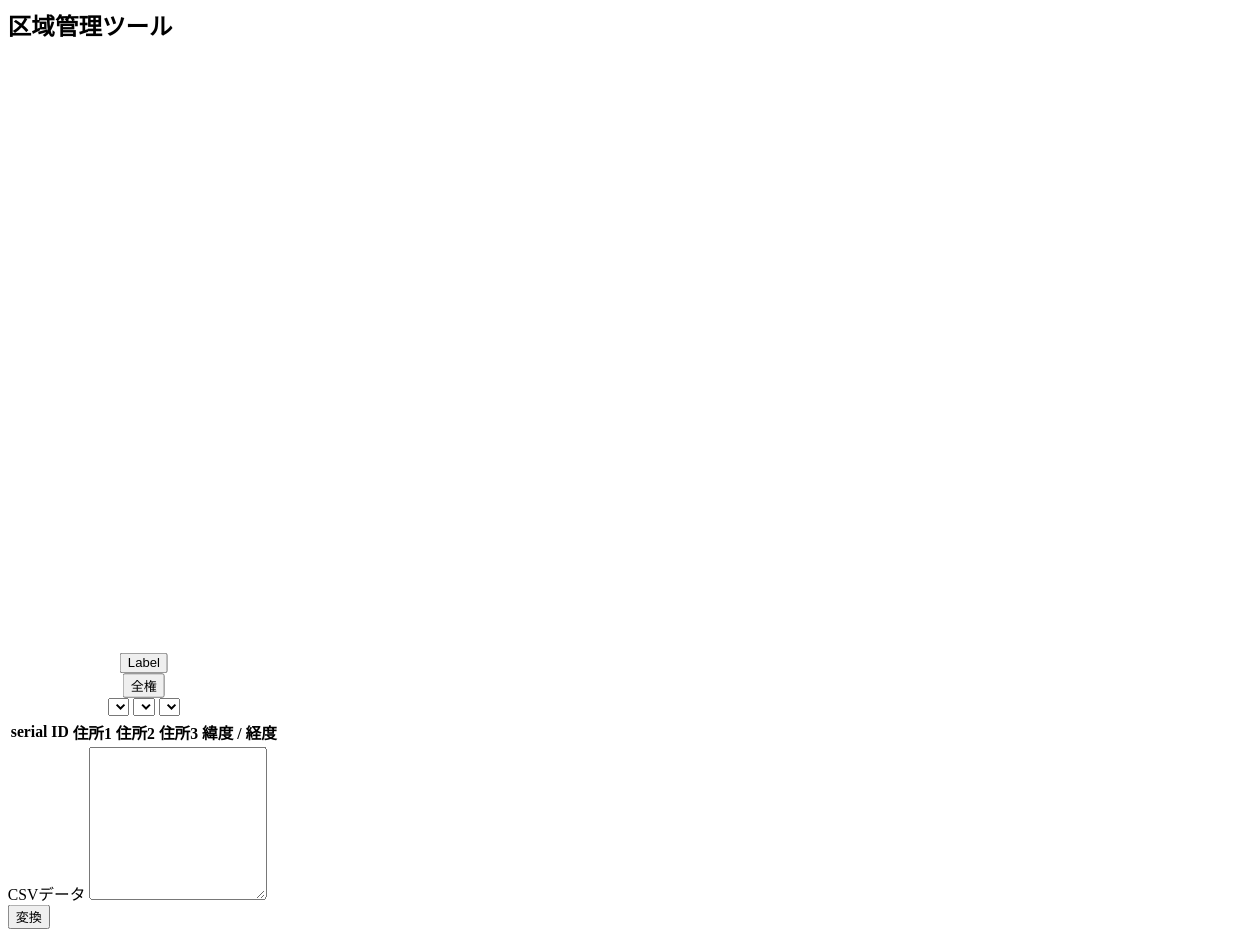
Repository: wadolsh/ykcapp
Page: app/views/kmt.html
The author's editor kept a record of every edit. The page is drawn from the files as they stood at one moment, then again after the next edit.
The browser window is 1280 px wide. The pictures show the whole page, at 98% of full size.

Above is the page before.

After the next edit:
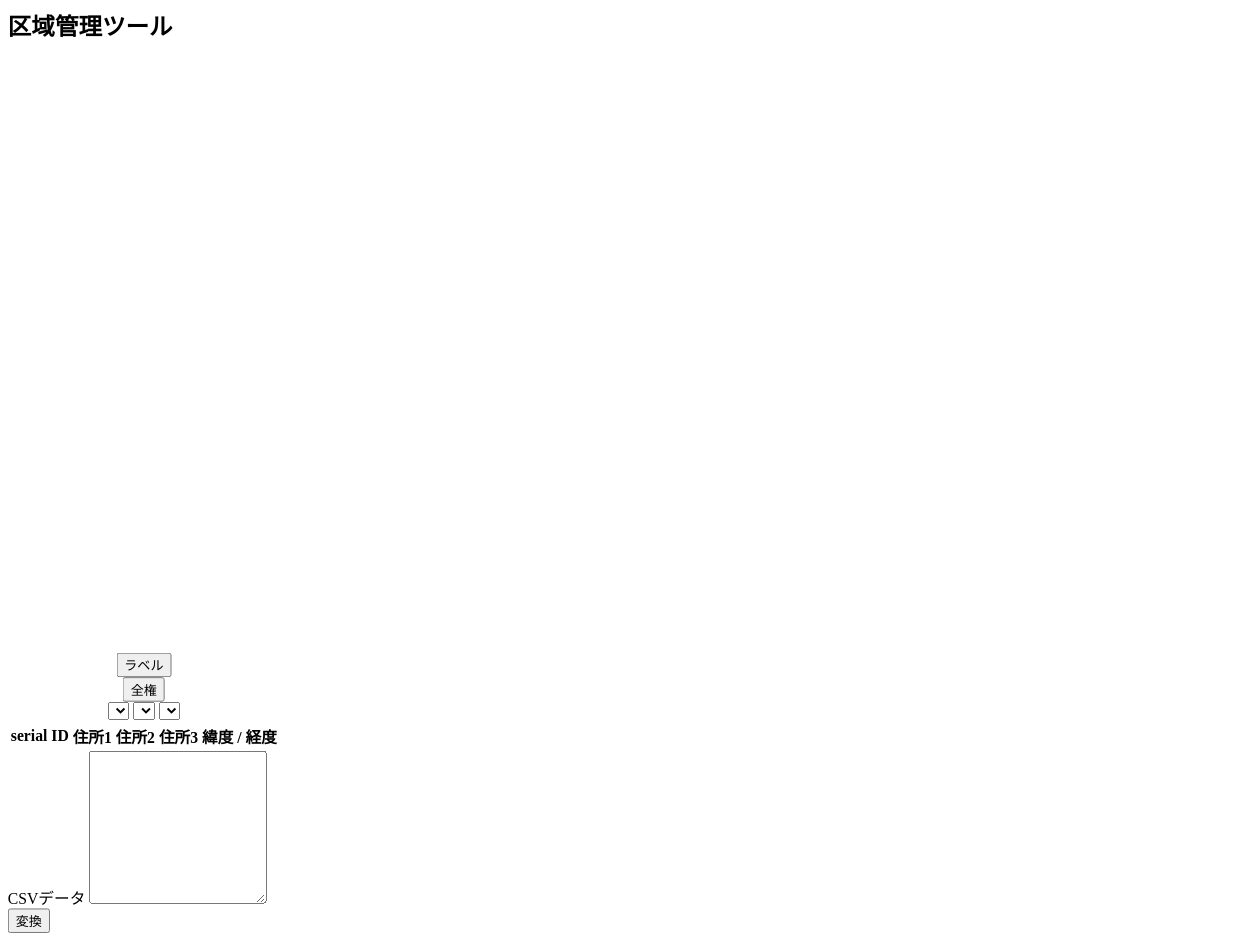
The edit:
--- a/app/views/kmt.html
+++ b/app/views/kmt.html
@@ -26,7 +26,7 @@
       <tr>
         <th colspan="6">
           <div class="btn-group btn-group-sm">
-            <button type="button" class="btn btn-default ng-class:{active:showLabel}" ng-click="changeLabel()">Label</button>
+            <button type="button" class="btn btn-default ng-class:{active:showLabel}" ng-click="changeLabel()">ラベル</button>
           </div>
           <div class="btn-group btn-group-sm">
             <button type="button" class="btn btn-default" ng-click="areaOption1 = null">全権</button>
